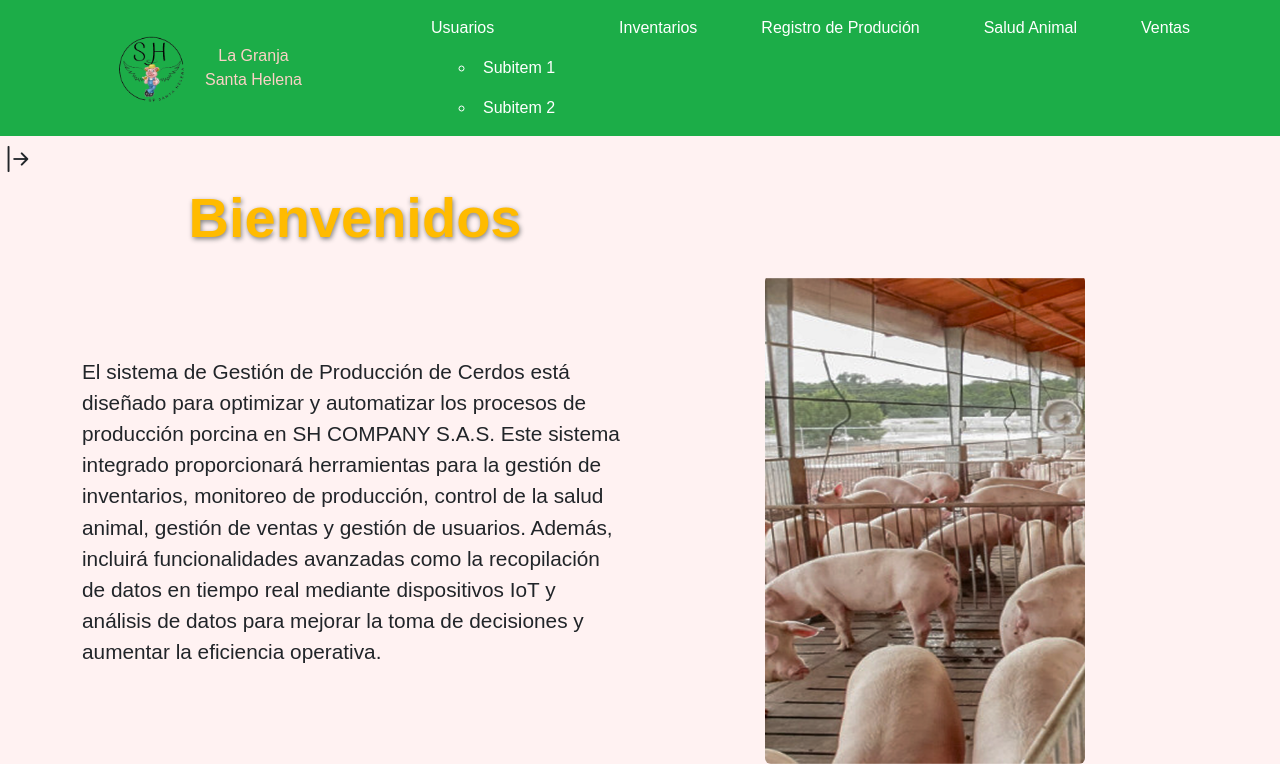
Repository: Mateojimenezz/Granja-Santa-Helena
Page: paginaDeInicio.html
An editor plug-in stored every save of this project. The page is shown before and after a run of saves, followed by the edit.
The browser window is 1280 px wide. The pictures show the whole page.
Some web fonts or font styles are not loaded; a fallback is used.

Above is the page before, as saved 2025-03-31 15:48:11.

### paginaDeInicio.html
<!DOCTYPE html>
<html lang="es">
<head>
    <meta charset="UTF-8">
    <meta name="viewport" content="width=device-width, initial-scale=1.0">
    <title>La Granja</title>
    <link href="https://cdn.jsdelivr.net/npm/bootstrap@5.3.3/dist/css/bootstrap.min.css" rel="stylesheet" integrity="sha384-QWTKZyjpPEjISv5WaRU9OFeRpok6YctnYmDr5pNlyT2bRjXh0JMhjY6hW+ALEwIH" crossorigin="anonymous">

    <link rel="stylesheet" href="./assets/css/index.css">
    <link rel="stylesheet" href="./assets/css/paginaDeInicio.css">
    <link rel="stylesheet" href="https://cdn.jsdelivr.net/npm/bootstrap-icons@1.11.3/font/bootstrap-icons.min.css">
    <link href="https://fonts.googleapis.com/css2?family=Calistoga&display=swap" rel="stylesheet">

  </head>
<body>
  <header class="header sticky-top d-flex  align-items-center ">
    <div class="container d-flex  align-items-center justify-content-between ">
      <div class="logo">
        <img  src="./assets/img/logo.png" width="90" alt="Logo">
        <span>La Granja <br> Santa Helena</span>
      </div>
      <nav class="navbar navbar-expand-lg ">
        <button class="navbar-toggler toggler-focus text-white" type="button" data-bs-toggle="collapse" data-bs-target="#menu" aria-controls="menu" aria-expanded="false" aria-label="Toggle navigation">
          <span class="navbar-toggler-icon"></span>
        </button>
        <div class="collapse navbar-collapse" id="menu">
          <ul class="navbar-nav ms-auto    gap-md-3 gap-lg-5">
            <li class="nav-item"><a class="nav-link" href="#" >Usuarios</a>
              <ul class="submenu">
                <li><a class="nav-link" href="#">Subitem 1</a></li>
                <li><a class="nav-link" href="#">Subitem 2</a></li>
              </ul>
            </li>
            <li class="nav-item"><a class="nav-link" href="#">Inventarios</a></li>
            <li class="nav-item"><a class="nav-link" href="#">Registro de Produción</a></li>
            <li class="nav-item"><a class="nav-link" href="#">Salud Animal</a></li>
            <li class="nav-item"><a class="nav-link" href="#">Ventas</a></li>
          </ul>
        </div>
        </div>
      </nav>
    </div>
  </header>
  <button id="toggleMenu" class="d-none d-sm-none d-md-block  btn  position-fixed  btn-MenuLateralAbrir ">
    <span><i class="bi bi-arrow-bar-right"></i></span>
  </button>
  <!-- Menú lateral -->
  <div id="sidebar" class=" border-end vh-100 position-fixed start-0 p-3  ">
    <button id="closeMenu" class="btn  mb-1 btn-MenuLateralCerrar">
      <span><i class="bi bi-arrow-bar-left"></i></span>
    </button>
    <ul class="nav flex-column">
      <li class="nav-item">
        <a class="nav-link" href="#" data-target="menu-usuarios">Usuarios</a>
      </li>
      <li class="nav-item">
        <a class="nav-link" href="#" data-target="menu-inventario">Inventario</a>
      </li>
      <!-- Agrega más elementos aquí -->
    </ul>
  </div>
  <main class="container">
    <!-- Sección 1 -->
    <section class="row seccion-1">
      <article class="col-12 col-lg-6 d-flex justify-content-center align-items-center mt-5 mb-2">
        <h1 >Bienvenidos</h1>
      </article>
    </section>
    <!-- Sección 2 -->
    <section class="row seccion-2 -gap-10 mt-2">
      <article class="d-flex flex-column align-items-center justify-content-center col-12 col-lg-6 ">
        <p class="text-justify">
          El sistema de Gestión de Producción de Cerdos está diseñado para optimizar y automatizar
          los procesos de producción porcina en SH COMPANY S.A.S. Este sistema integrado proporcionará herramientas
          para la gestión de inventarios, monitoreo de producción, control de la salud animal, gestión de ventas y gestión de usuarios.
          Además, incluirá funcionalidades avanzadas como la recopilación de datos en tiempo real mediante dispositivos IoT y análisis de datos
          para mejorar la toma de decisiones y aumentar la eficiencia operativa.
        </p>
      </article>
      <!-- Imagen -->
      <article class="col-12 col-lg-6 d-flex justify-content-center align-items-center ">
        <img
          src="assets/img/Upload-5a8315b810a15-13022018 1.png"  width="320" height="200"
          class="img-fluid rounded"
          alt="Fotografía de la granja"
        />
      </article>
    </section>
  </main>










  <!-- bootstrap JS -->
  <script src="https://cdn.jsdelivr.net/npm/bootstrap@5.3.3/dist/js/bootstrap.bundle.min.js" integrity="sha384-YvpcrYf0tY3lHB60NNkmXc5s9fDVZLESaAA55NDzOxhy9GkcIdslK1eN7N6jIeHz" crossorigin="anonymous"></script>
  <script src="./assets/js/menu.js"></script>
  <script src="./assets/js/menuLateral.js"></script>
</body>

</html>

### assets/css/index.css
@import "./variables.css";

/* === General === */
body {
  margin: 0;
  font-family: var(--font-principal);
  background-color: var(--color-FondoDiv2);
}

/* === Header === */
.header {
  background-color: var(--color-principal);
  color: var(--color-texto);
  font-size: 1rem;
}

.logo {
  display: flex;
  align-items: center;
  gap: 0.5rem;
  color: #FCD1C6;
  text-align: center;
  margin-left: 25px;
}

/* === Botón Ingresar === */
.ingresar,
.ingresar1 {
  color: white !important;
  cursor: pointer;
  display: flex;
  align-items: center;
  gap: 10px;
}

.ingresar {
  margin-left: 110px;
  margin-right: 100px;
}

.ingresar h5:hover,
.ingresar1 h5:hover {
  color: var(--color-fondoDiv);
}

/* === Navbar === */
.navar-nav {
  justify-content: center;
}

.nav-link {
  position: relative;
  color: white;
  text-decoration: none;
  padding: 0.5rem;
  transition: color 0.3s ease-in-out;
}
.nav-link:active{
  color: red;
}

.nav-link::after {
  content: '';
  position: absolute;
  left: 15px;
  bottom: 0;
  width: 0;
  height: 2px;
  background-color: var(--color-FondoDiv2);
  transition: width 0.3s ease-in-out;
}

.nav-link:hover {
  color: var(--color-fondoDiv);
}

.nav-link:hover::after {
  width: 75%;
}

/* === Sección 1 - Imagen Principal === */
.imagen1 {
  width: 100%;
  height: 500px;
  object-fit: cover;
}

.titulo1 {
  position: absolute;
  top: 50%;
  left: 50%;
  transform: translate(-50%, -50%);
  color: white;
  font-size: 4rem;
  font-weight: bold;
  text-shadow: 2px 2px 5px var(--color-principal);
  text-align: center;
}

/* === Sección 3 === */
.seccion-3 {
  background-color: var(--color-fondoDiv);
}

/* === Footer === */
.footer {
  background-color: var(--color-Footter);
  padding-left: 50px;
  padding-bottom: 0px;
  margin-bottom: -50px;
}

.Logofooter {
  max-width: 250px;
  margin-right: 50px;
}

/* === Responsividad === */
@media (max-width: 991px) {

  /* Ajustes en dispositivos pequeños */
  .logo {
    margin-left: -10px;
  }

  .navbar-toggler {
    border: none !important;
  }

  .navbar-toggler:focus,
  .navbar-toggler:active,
  .navbar-toggler:hover {
    outline: none !important;
    box-shadow: 0 0 10px #F8E91C !important;
  }

  /* Ocultar ingresar en pantallas pequeñas y mostrar ingresar1 */
  .ingresar {
    display: none;
  }

  .ingresar1 {
    display: flex;
  }

  .ingresar1 .bi {
    padding-top: 5px;
  }
}

### assets/css/paginaDeInicio.css
#sidebar {
  display: none;
  transition: all 0.3s ease; /* Animación opcional */
  background-color: var(--color-menu-lateral);
  width: 250px;
}

#sidebar.open {
  display: block;
}
.btn-MenuLateralAbrir{
  margin-top: -5px;
  margin-left: -10px;
  font-size: 30px;
  font-weight: 700;
  border:none;

}

.btn-MenuLateralCerrar{
  margin-top: -20px;
  margin-left: 190px;
  font-size: 25px;
  border:none;
}
.seccion-1 h1{
    font-family: var(--font-principal);
    color:  #FFBB00;
    font-size: 3.5em;
    font-weight: bold;
    text-shadow: gray 1px 2px 5px;

}
.seccion-2{
  font-size: 1.3em;
  font-family: Arial;
}
/* Ocultar los submenús inicialmente */
.submenu {
  display: none;
}

/* Mostrar los submenús en pantallas grandes dentro del menú lateral */

  .submenu {
    display: block; /* Submenús siempre visibles */
  }

  .submenu {
    margin-left: 20px; /* Ajustar posición dentro del menú lateral */
  }
}

@media (max-width: 768px) { /* Para pantallas menores a md */
  #sidebar {
    display: none !important; /* Oculta el menú lateral */
  }
  #toggleMenu, #closeMenu {
    display: none !important; /* Oculta los botones asociados */
  }
}

### assets/js/menu.js
document.addEventListener("DOMContentLoaded", function () {
    const menuToggle = document.querySelector(".navbar-toggler");
    const logo = document.querySelector(".logo");
    const menu = document.getElementById("menu");

    menuToggle.addEventListener("click", function () {
      const isMenuOpen = menu.classList.contains("show");

      if (isMenuOpen) {
        // Cuando el menú está abierto, restauramos el logo
        logo.style.display = "flex";
      } else {
        // Cuando el menú está cerrado, ocultamos el logo
        logo.style.display = "none";
      }
    });

    // Detectar cuando el usuario cierra el menú automáticamente
    menu.addEventListener("hidden.bs.collapse", function () {
      logo.style.display = "flex";
    });
  });

### assets/js/menuLateral.js
document.addEventListener("DOMContentLoaded", function () {
  const toggleMenu = document.getElementById("toggleMenu");
  const closeMenu = document.getElementById("closeMenu");
  const sidebar = document.getElementById("sidebar");
  const mainContent = document.querySelector("main"); // Selecciona el contenido principal
  const navLinks = document.querySelectorAll(".navbar-nav .nav-link"); // Selecciona los enlaces del menú superior

  // Función que verifica si la pantalla es grande
  function isLargeScreen() {
    return window.innerWidth >= 768; // Define pantallas grandes (md o más)
  }

  // Mostrar/ocultar el menú solo si la pantalla es grande
  if (isLargeScreen()) {
    toggleMenu.addEventListener("click", function () {
      if (sidebar.style.display === "none" || sidebar.style.display === "") {
        sidebar.style.display = "block"; // Muestra el menú lateral
        mainContent.style.marginLeft = "270px"; // Desplaza el contenido hacia la derecha
      } else {
        sidebar.style.display = "none"; // Oculta el menú lateral
        mainContent.style.marginLeft = "220px"; // Restaura el contenido al margen original
      }
    });

    closeMenu.addEventListener("click", function () {
      sidebar.style.display = "none"; // Oculta el menú lateral
      mainContent.style.marginLeft = "220px"; // Restaura el contenido al margen original
    });

    // Funcionalidad para los ítems del menú superior
    navLinks.forEach(link => {
      link.addEventListener("click", function (e) {
        e.preventDefault(); // Evita el comportamiento predeterminado del enlace

        if (sidebar.style.display === "block") {
          sidebar.style.display = "none"; // Oculta el menú lateral
          mainContent.style.marginLeft = "220px"; // Restaura el contenido al margen original
        } else {
          sidebar.style.display = "block"; // Despliega el menú lateral
          mainContent.style.marginLeft = "270px"; // Desplaza el contenido principal
        }
      });
    });
  }

  // Opcional: ocultar el menú inmediatamente si el usuario redimensiona a una pantalla pequeña
  window.addEventListener("resize", function () {
    if (!isLargeScreen()) {
      sidebar.style.display = "none"; // Oculta el menú lateral
      mainContent.style.marginLeft = "0"; // Restaura el contenido al margen original
    }
  });
});

### assets/css/variables.css
/* variables.css */
:root {
    --color-principal: #1CAD48 ;
    --color-Botones: rgba(255, 187, 0, 0.47);
    --color-texto: white;
    --color-fondo: #f5f5f5;
    --font-principal: 'calistoga','arial';
    --color-fondoDiv: #F8E91C;
    --color-FondoDiv2:#FFF2F2;
    --color-Footter: #D9D9D9;
    --letra-gris: #B0B0B7;
    --color-menu-lateral:#BDEAAD;
  }

After the next 2 saves:
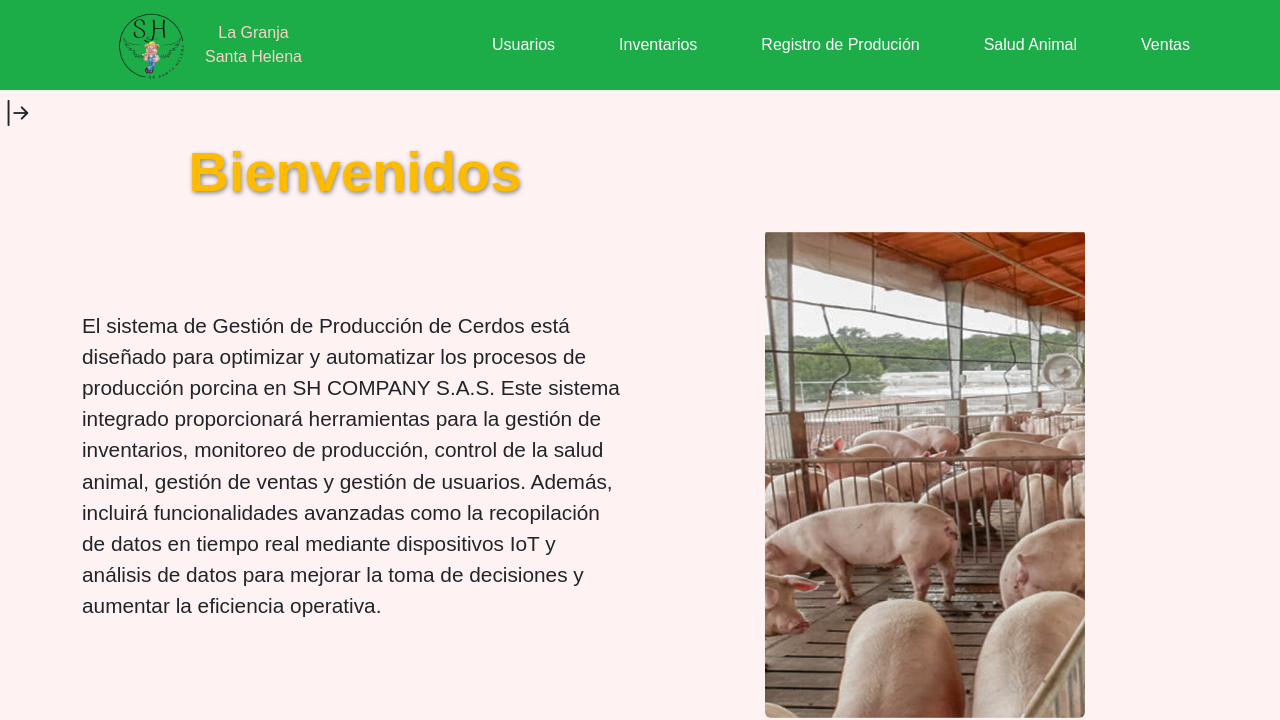
The 2 saves are shown as one change because they came seconds apart.
The last was saved 15 s later.
--- a/assets/css/paginaDeInicio.css
+++ b/assets/css/paginaDeInicio.css
@@ -40,17 +40,6 @@
   display: none;
 }
 
-/* Mostrar los submenús en pantallas grandes dentro del menú lateral */
-
-  .submenu {
-    display: block; /* Submenús siempre visibles */
-  }
-
-  .submenu {
-    margin-left: 20px; /* Ajustar posición dentro del menú lateral */
-  }
-}
-
 @media (max-width: 768px) { /* Para pantallas menores a md */
   #sidebar {
     display: none !important; /* Oculta el menú lateral */

After the 4 saves that followed:
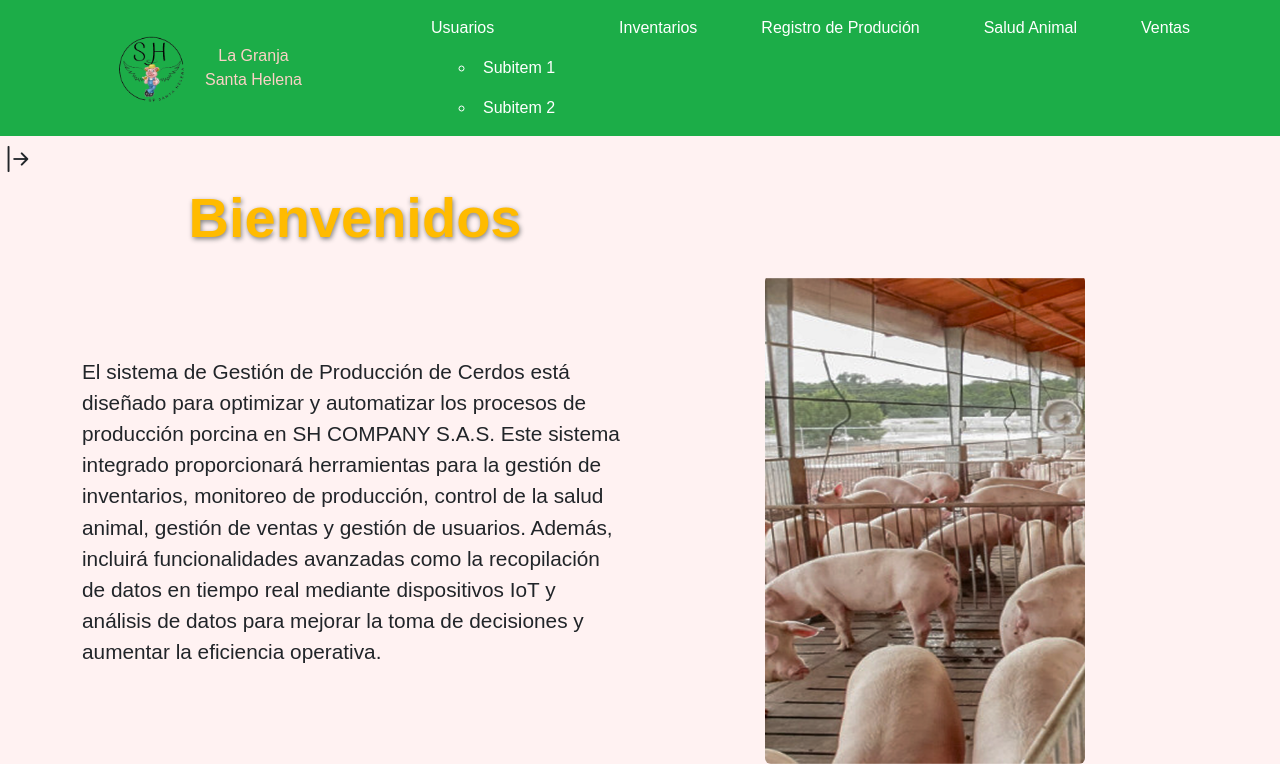
The 4 saves are shown as one change because 2 left the picture as it was and some came seconds apart.
The last was saved 24 s later.
--- a/assets/css/paginaDeInicio.css
+++ b/assets/css/paginaDeInicio.css
@@ -48,3 +48,10 @@
     display: none !important; /* Oculta los botones asociados */
   }
 }
+ .submenu {
+    display: block; /* Submenús siempre visibles */
+  }
+
+  .submenu {
+    margin-left: 20px; /* Ajustar posición dentro del menú lateral */
+  }
